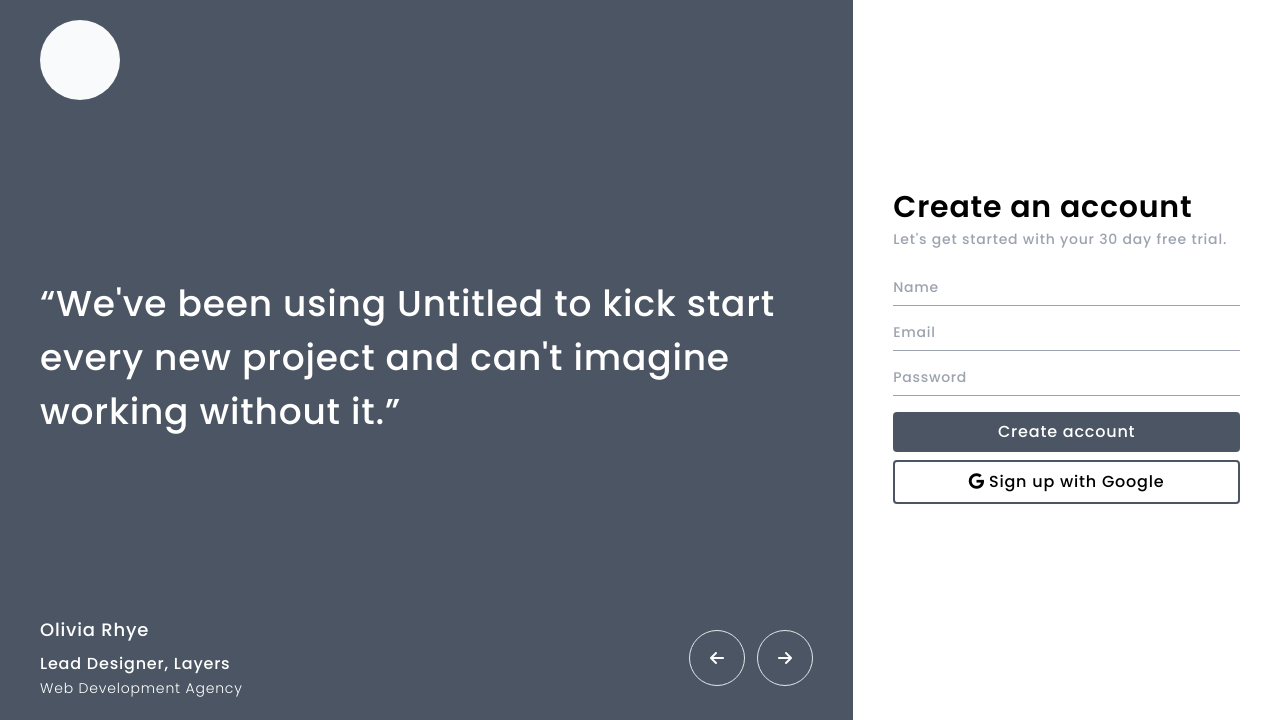
Repository: debthebuilder/youtube-html-contact-form-tailwindcss
Page: contact.html
The author's editor kept a copy of each file at every save. The page is drawn from the files as they stood at one save, then again after the next save.
The browser window is 1280 px wide. The pictures show the whole page.
Some web libraries are served in a nearby version.

Above is the page before, as saved 2022-08-03 06:08:16.

After the next save:
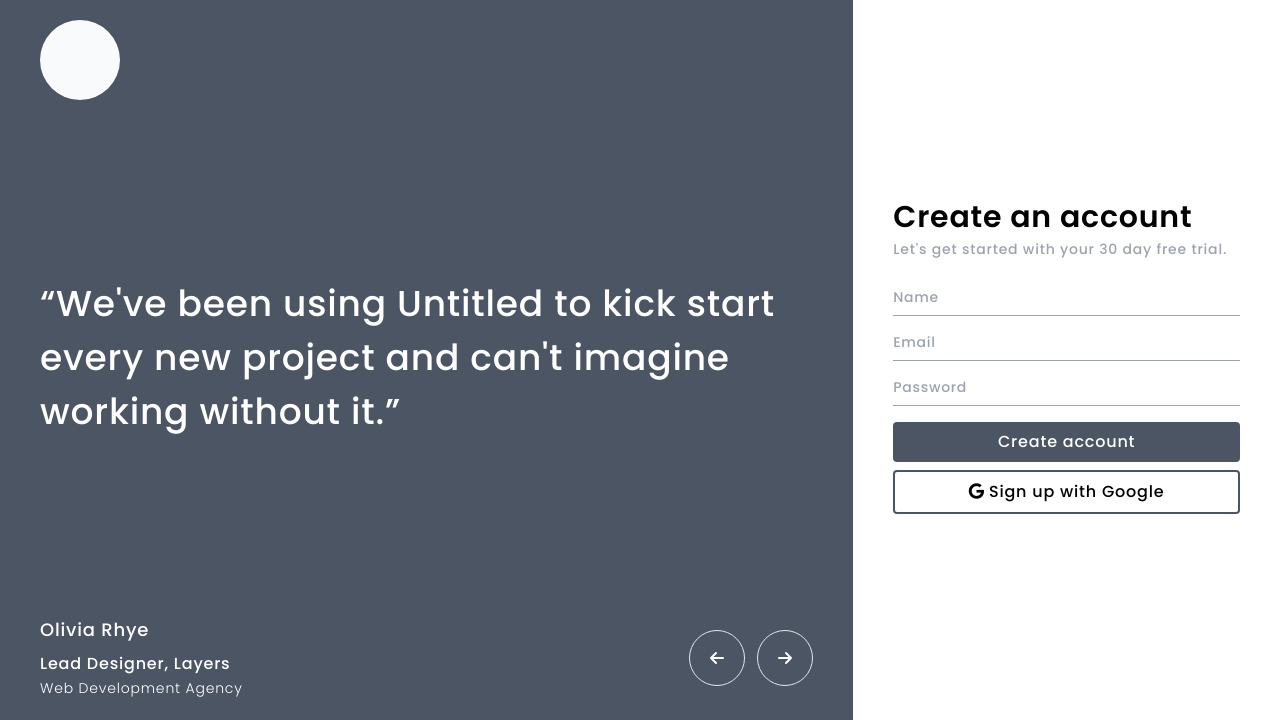
Saved 5 s later.
--- a/contact.html
+++ b/contact.html
@@ -45,7 +45,7 @@
         <div class="w-2/6 px-10 flex flex-col justify-center">
             <h2 class="text-3xl font-semibold">Create an account</h2>
             <span class="text-sm text-gray-400 mt-1">Let's get started with your 30 day free trial.</span>
-            <form class="my-5">
+            <form class="mt-5">
                 <input type="text" name="name" placeholder="Name" class="w-full border-b border-gray-400 placeholder:text-gray-400 pb-2  text-sm tracking-wider focus:outline-none focus:border-0 focus:border-b-2 my-2">
                 <input type="email" name="email" placeholder="Email" class="w-full border-b border-gray-400 placeholder:text-gray-400 pb-2  text-sm tracking-wider focus:outline-none focus:border-0 focus:border-b-2 my-2">
                 <input type="password" name="password" placeholder="Password" class="w-full border-b border-gray-400 placeholder:text-gray-400 pb-2  text-sm tracking-wider focus:outline-none focus:border-0 focus:border-b-2 my-2">
